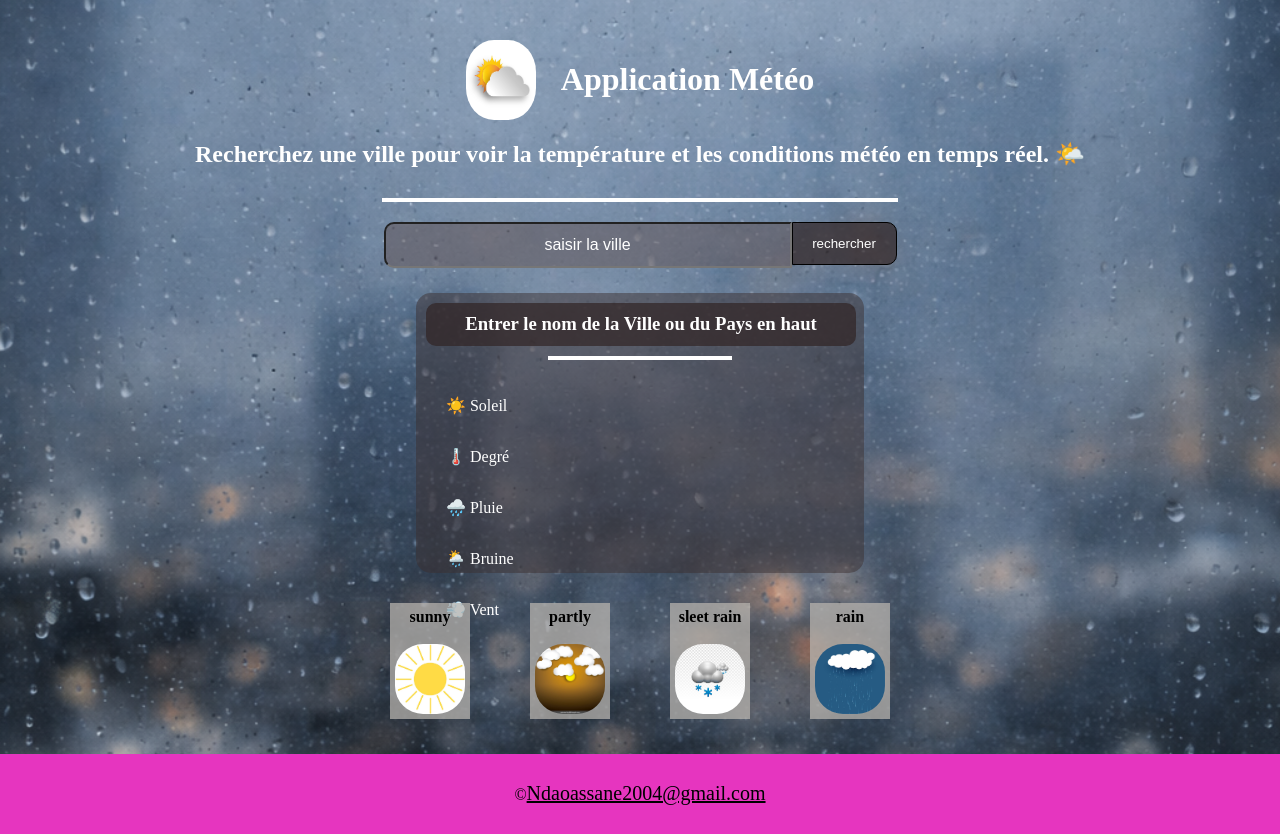
Repository: assanendao171/meteo
Page: index.html
An editor plug-in stored every save of this project. The page is shown before and after a run of saves, followed by the edit.
The browser window is 1280 px wide. The pictures show the whole page.

Above is the page before, as saved 2026-03-16 13:28:08.

### index.html
<!DOCTYPE html>
<html lang="en">

<head>
    <meta charset="UTF-8">
    <meta name="viewport" content="width=device-width, initial-scale=1.0">
    <title>Document</title>
    <link rel="stylesheet" href="meteo2.css">
</head>

<body>
    <div id="haut">
        <img src="icone.jpg" alt="icone" id="photosoleil">
        <h1>Application Météo </h1>
    </div>
    <h2>Recherchez une ville pour voir la température et les conditions météo en temps réel. 🌤️</h2>
    <hr>
            <div id="bloc">
            <input type="text" id="input" placeholder="saisir la ville">
            <button id="btn">rechercher</button>
        </div>
    <div id="contain">
        <div id="resultat">
            <h3 id="h3">Entrer le nom de la Ville ou du Pays en haut</h3>
        </div>
        <hr>
        <div id="stat">
        <p id="emoji">☀️ Soleil</p>
        <p id="emoji">🌡️ Degré</p >
        <p id="emoji">🌧️ Pluie</p >
        <p id="emoji">🌦️ Bruine</p >
        <p id="emoji">💨 Vent</p >
        </div>
    </div>
    <div id="contain2">
        <div id="enfant">
            <h4>sunny</h4><br>
            <img src="sunny.jpg" alt="" id="photobas">
        </div>



        <div id="enfant">
            <h4>partly </h4><br>
            <img src="partlycloud.jpg" alt="" id="photobas">
        </div>

        <div id="enfant">
            <h4>sleet rain</h4><br>
            <img src="sleetrain.jpg" alt="" id="photobas">
        </div>

        <div id="enfant">
            <h4>rain</h4><br>
            <img src="rain.jpg" alt="" id="photobas">
        </div>



    </div>
    </div>
    <footer>
        <p id="p">&copy;<a href="mailto:Ndaoassane2004@gmail.com">Ndaoassane2004@gmail.com</a></p>
    </footer>
    <script src="meteo2.js"></script>
</body>

</html>

### meteo2.css
body {
  display: flex;
  flex-direction: column;
  justify-content: center;
  justify-content: center;
  align-items: center;
  background-image: url("background.png");
  background-position: center;
  background-repeat: no-repeat;
  background-size: cover;
  color: rgb(255, 255, 255);
  padding-top: 40px;
  margin: 0;
}
#haut{
  display: flex;
  gap: 25px;
}
#bloc{
    display: flex;
    flex-direction: row;
    justify-content: center;
}
#photosoleil{
  width: 70px;
    border-radius: 40%;

}
#photobas{
  width: 70px;
    border-radius: 40%;

}
#recherche{
  width: 40px;
}
hr {
  color: white;
  border: 2px solid white;
  margin-top: 10px;
  width: 40%;
  margin-bottom: 20px;
}
#contain {
  margin-top: 25px;
  text-align: center;
  width: 35%;
background-color: rgba(59, 47, 47, 0.479);
  border-radius: 15px;
  height: 280px;
}
input {
  width: 400px;
  height: 40px;
  border-radius: 10px 0 0 10px;
background-color: rgba(97, 81, 81, 0.479);
color: white;
font-size: 1rem;
}
::placeholder{
  color: white;
  font-size: 1rem;
  text-align: center;
}
button {
  height: 43px;
  width: 105px;
  border-radius: 0 10px 10px 0;
  color: white;
  cursor: pointer;
  border: 1px solid black;
background-color: rgba(49, 36, 36, 0.692);
}

#resultat {
  margin-top: 60px;
  background-color: aliceblue;
width: 96%;
margin: 10px;
height: 43px;
border-radius: 10px;
display: flex;
flex-direction: column;
justify-content: center;
align-items: center;
background-color: rgba(49, 36, 36, 0.692);
}
h3 {
color: white;
  text-decoration: none;
}
#icone {
  color: rgb(70, 62, 62);
}
#stat{
  margin-left: 30px;
  display: flex;
  flex-direction: column;
  justify-content: flex-start;
  align-items: flex-start;
  gap: 0px;
}
#emoji{
  font-size: 1rem;
}
#enfant{
  background-color: rgba(184, 180, 175, 0.733);
  padding: 5px;
  display: flex;
  flex-direction: column;
  justify-content: center;
align-items: center;}
#contain2{
  display: flex;
  flex-direction: row;
  justify-content: flex-start;
  gap: 60px;
  padding-top: 30px;
  color: rgb(255, 39, 39);
}
h4{
  margin: 0;
  color: black;
}
footer{
  margin-top: 35px;
  width: 100%;
  height: 80px;
  background-color: rgb(230, 53, 191);
  color: black;
  text-shadow: none;
  display: flex;
  flex-direction: row;
  align-items: center;
  justify-content: center;
}
#p a{
  text-align: center;
  font-size: 20px;
  color: black;
}
/* les media query mobile */

@media(max-width:768px){
*{
box-sizing: border-box;
}
html, body {
  width: 100%;
  height: 100%;
  overflow-x: hidden;
  margin: 0;
}
#haut{
display: flex;
flex-direction: column;
justify-content: center;
align-items: center;
}
#photosoleil{
    width: 70px;
    border-radius: 40%;
}
hr {
  color: white;
  border: 2px solid white;
  margin-top: 10px;
  width: 60%;
  margin-bottom: 20px;
}
#contain {
  padding-top: 25px;
  text-align: center;
  width: 80%;
  background-color: aquamarine;
  border-radius: 15px;
  height: 280px;
}
input {
  width: 60%;
  height: 30px;
  border-radius: 15px;
  box-shadow: blue 1px 1px 6px 1px;
  margin-left:15px;
}
button {
  height: 30px;
  width: 95px;
  border-radius: 15px;
  color: white;
  cursor: pointer;
  border: 1px solid white;
    margin-right: 15px;

}
button:hover {
  background-color: rgb(255, 255, 255);
  color: rgb(0, 4, 255);
  cursor: pointer;
  border: 1px solid blue;
  transform: scale(1.1);
  transition: 0.5s;
}
#resultat {
  background-color: aliceblue;
  display: flex;
  flex-direction: column;
  justify-content: center;
  justify-content: center;
  align-items: center;
  width: 60%;
  height: 120px;
  border-radius: 20px;
  font-size: 15px;
}
#recherche{
  width: 30px;
  height: 25px;
}
h3 {
  color: rgb(61, 52, 52);
  text-decoration: none;
  font-size: 15px;
  margin: 10px;
}
h1,h2{
  font-size: 20px;
  text-align: center;
  margin: 10px;
}
#enfant{
  background-color: rgba(184, 180, 175, 0.733);
  padding: 10px;
  display: flex;
  flex-direction: column;
  justify-content: center;
align-items: center;
border-radius: 15%;
}
#contain2{
  display: flex;
  flex-direction: row;
  justify-content: flex-start;
  gap: 15px;
  flex-wrap: wrap;
  color: rgb(255, 39, 39);
  margin-top: 35px;
}
#photobas{
    width: 35px;
    border-radius: 30%;
}
h4{
  margin: 0;
  color: black;
}
footer{
  margin-top: 80px;
  width: 100%;
  height: 130px;
  background-color: rgb(230, 53, 191);
  color: black;
  text-shadow: none;
  display: flex;
  flex-direction: row;
  align-items: center;
  justify-content: center;
}
#p a{
  text-align: center;
  font-size: 15px;
  color: black;
}
}

@media (min-width: 768px) and (max-width: 1024px) {
*{
box-sizing: border-box;
}
html, body {
  width: 100%;
  height: 100%;
  overflow-x: hidden;
  margin: 0;
}
#photosoleil{
    width: 100px;
    border-radius: 40%;
}
h1,h2{
  font-size: 30px;
  text-align: center;
  margin: 10px;
}
input {
  width: 60%;
  height: 40px;
  border-radius: 15px;
  box-shadow: blue 1px 1px 6px 1px;
  margin-left:15px;
}
button {
  height: 40px;
  width: 95px;
  border-radius: 15px;
  color: white;
  cursor: pointer;
  border: 1px solid white;
    margin-right: 15px;

}
button:hover {
  background-color: rgb(255, 255, 255);
  color: rgb(0, 4, 255);
  cursor: pointer;
  border: 1px solid blue;
  transform: scale(1.1);
  transition: 0.5s;
}
#resultat {
  background-color: aliceblue;
  display: flex;
  flex-direction: column;
  justify-content: center;
  justify-content: center;
  align-items: center;
  width: 80%;
  height: 120px;
  border-radius: 20px;
  font-size: 15px;
}
footer{
  margin-top: 80px;
  width: 100%;
  height: 160px;
  background-color: rgb(230, 53, 191);
  color: black;
  text-shadow: none;
  display: flex;
  flex-direction: row;
  align-items: center;
  justify-content: center;
}
#p a{
  text-align: center;
  font-size: 25px;
  color: black;
}
}

### meteo2.js
let input = document.getElementById("input");
let btn = document.getElementById("btn");
let h3 = document.getElementById("h3");
let icone = document.getElementById("icone");

let apiKey = "62ecfbc2ac82aa867b7d2b579270f663";
async function avoirMeteo(ville) {
  try {
    let data = await fetch(
      `https://api.openweathermap.org/data/2.5/weather?q=${ville}&appid=${apiKey}&units=metric`,
    );
    if (!data.ok) {
      throw new Error("ville introuvable !");
    }
    let reponse = await data.json();
    icone.textContent = "🔍";
    h3.textContent =`Recherche en cours...${input.value}`
    async function temps() {
      let meteo=reponse.weather[0].main
      let emoji=""
      if(meteo==="Clear"){
        emoji="☀️"
      }
      else if(meteo==="Clouds"){
        emoji="☁️"
      }
      else if(meteo==="Rain"){
        emoji= "🌧️"
      }
      else {
  emoji = "🌤️"
}
      await new Promise((resolve) => setTimeout(resolve, 4000));
      icone.textContent = "✅";
      h3.textContent = `🌡️ ${reponse.name} :${emoji} ${reponse.main.temp}°C, ${reponse.weather[0].description}`;
      input.value=""
    }
    temps();
  } catch (Error) {
    async function wait(){
          icone.textContent = "🔍";
    h3.textContent =`Recherche en cours...${input.value}`
      await new Promise(resolve=>setTimeout(resolve,4000))
    icone.textContent = "❌  ";
h3.textContent = "Ville introuvable ";    input.value=""
    }
    wait()
  }
}
btn.addEventListener("click", function () {
  if(input.value===""){
    alert("le champ est vide")
    return
  }
  let ville = input.value.trim();
  if (ville) {
    avoirMeteo(ville);
  }
});

After the next 3 saves:
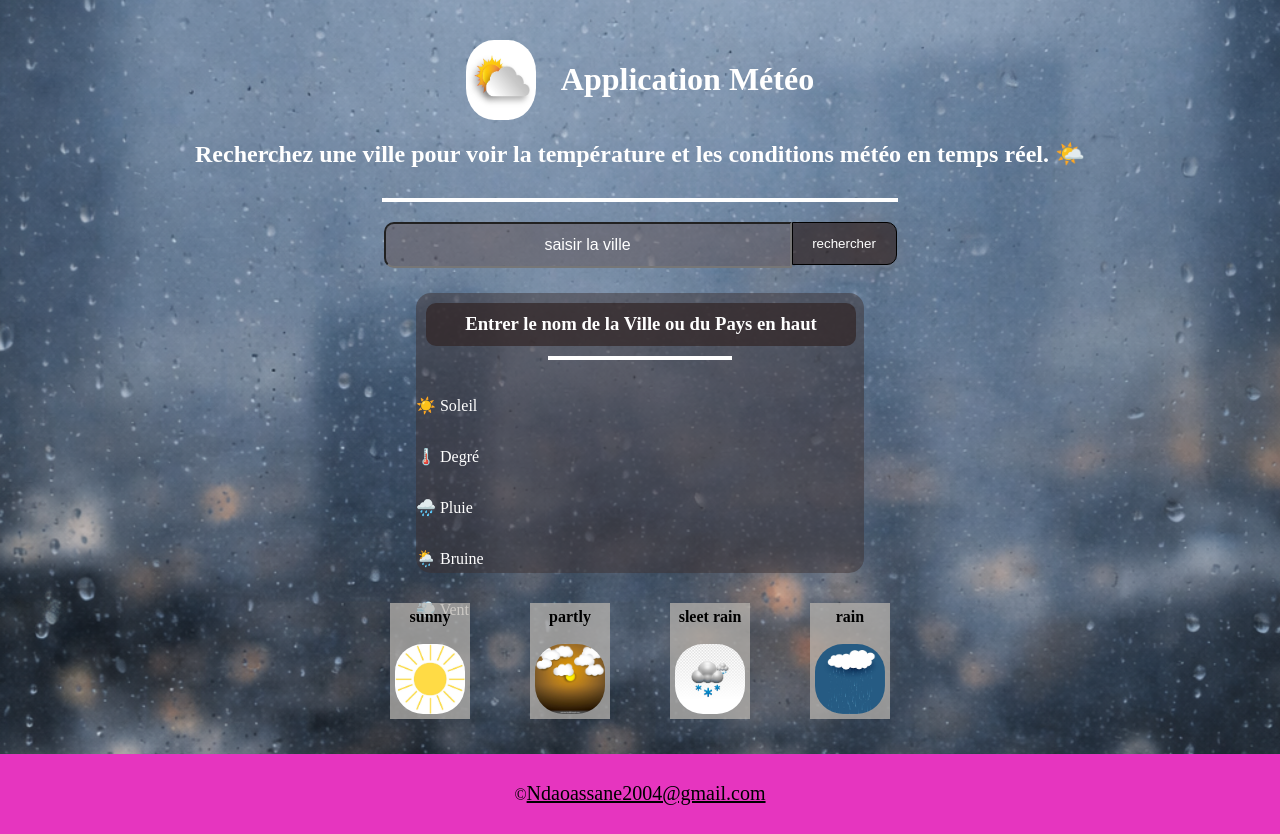
The 3 saves are shown as one change because they came seconds apart.
The last was saved 61 s later.
--- a/meteo2.css
+++ b/meteo2.css
@@ -98,7 +98,7 @@ color: white;
   flex-direction: column;
   justify-content: flex-start;
   align-items: flex-start;
-  gap: 0px;
+ margin: 0;
 }
 #emoji{
   font-size: 1rem;
